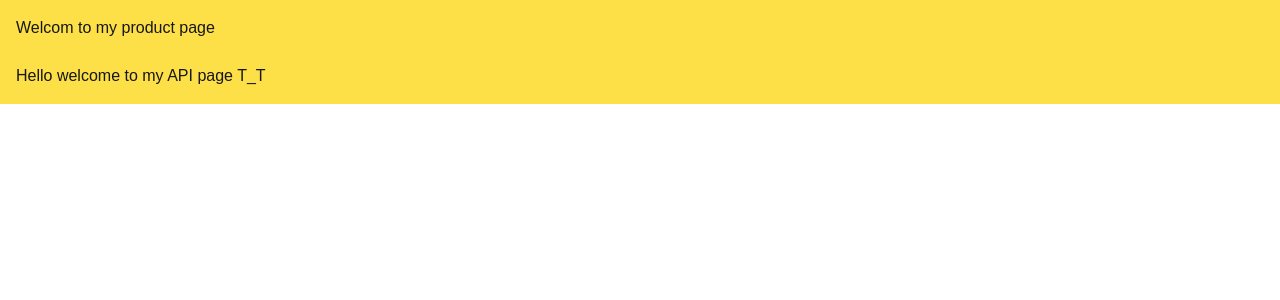
Repository: MelissaJacobi/mdia-3126
Page: /api (app in webapp-lab06/)
These files come from the project's save history. The page is drawn as it stood at one moment and after the next save; the edit follows.
The browser window is 1280 px wide. The pictures show the whole page.
The project was rebuilt for these pictures with package versions that can differ from the ones it lists, and the page was loaded fresh each time. The framework's server and built-in components were replaced by stand-ins that run in the browser. Also part of the build but not shown: webapp-lab06/next.config.mjs.

Above is the page before, as saved 2024-10-08 14:40:06.

After the next save:
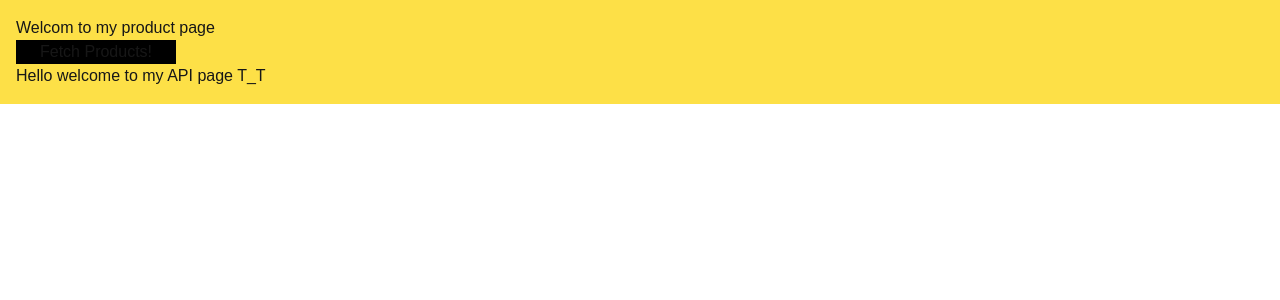
Saved 24 s later.
--- a/webapp-lab06/src/app/api/page.js
+++ b/webapp-lab06/src/app/api/page.js
@@ -8,7 +8,7 @@ export default function Page() {
         <div className="p-4 bg-yellow-300">
             <header>
                 <h1>Welcom to my product page</h1>
-                <button className="border-neutral-200 bg-black px-6"></button>
+                <button className="border-neutral-200 bg-black px-6">Fetch Products!</button>
             </header>
             Hello welcome to my API page T_T
         </div>
